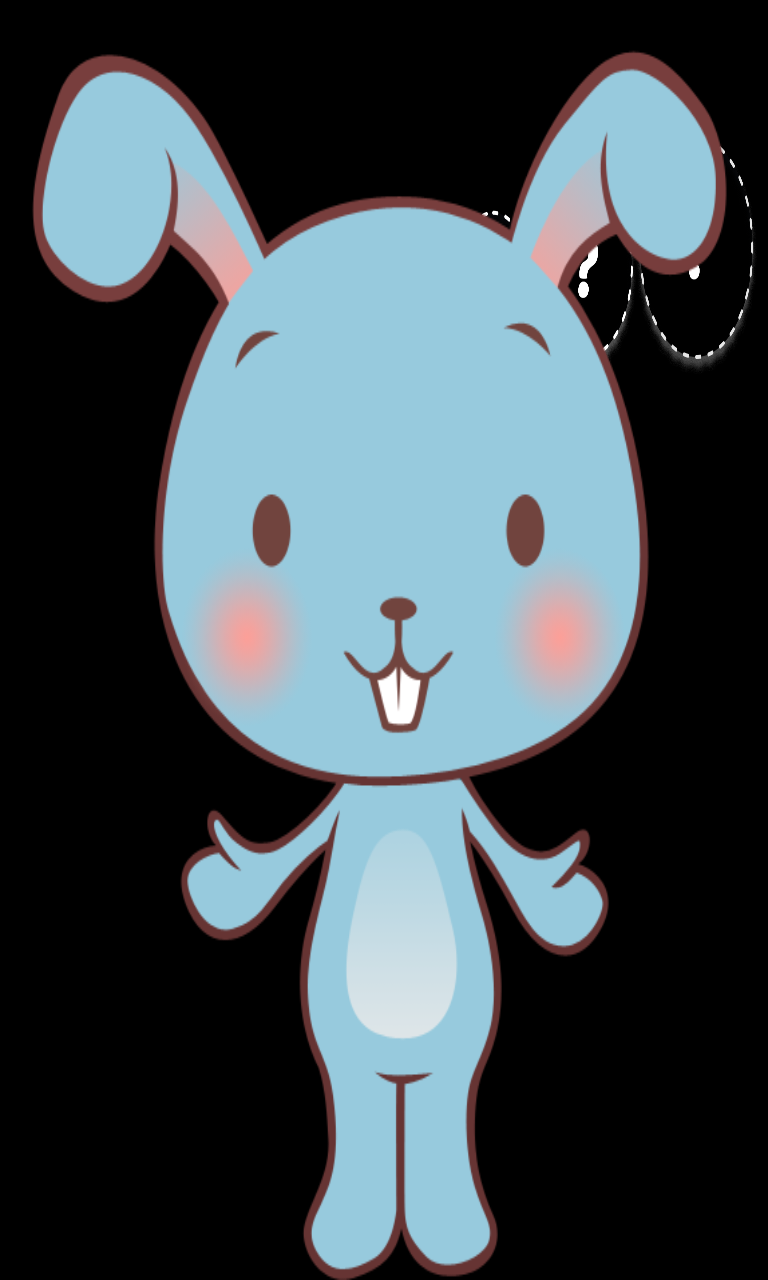
Repository: DimaPetrov/android
Layout: newapp/res/layout/puzzleback.xml
These files come from the project's save history. The layout is drawn as it stood at one moment and after the next save; the edit follows.
It is drawn on a 768 x 1280 px phone screen (xhdpi) without system bars, with theme android:Theme.Black.NoTitleBar.Fullscreen; the app's code is not run.

Above is the layout before, as saved 2012-10-25 12:32:57.

### newapp/res/layout/puzzleback.xml
<RelativeLayout xmlns:tools="http://schemas.android.com/tools"
    android:id="@+id/Rlay2"
    android:layout_width="match_parent"
    android:layout_height="match_parent" xmlns:android="http://schemas.android.com/apk/res/android">
    <RelativeLayout
        android:id="@+id/backlay"
        android:layout_width="match_parent"
        android:layout_height="match_parent"
        android:layout_centerHorizontal="true"
        android:layout_centerVertical="true" >
    </RelativeLayout>

    <ImageView
        android:id="@+id/mainbox"
        android:layout_width="320dp"
        android:layout_height="128dp"
        android:layout_marginTop="64dp"
        android:layout_marginLeft="220dp"
        android:background="@drawable/p_games_sortslots"
        android:contentDescription="@string/nul" />
<ImageView
    android:id="@+id/imageView1"
    android:layout_width="wrap_content"
    android:layout_height="wrap_content"
    android:layout_alignParentBottom="true"
    android:layout_alignParentLeft="true"
    android:background="@drawable/p_games_characterdef"
    android:contentDescription="@string/nul"/>
</RelativeLayout>

### newapp/res/values/strings.xml
<resources>

    <string name="app_name">newapp</string>
    <string name="hello_world">Hello world!</string>
    <string name="menu_settings">Settings</string>
    <string name="title_activity_main">MainActivity</string>
    <string name="puzzle">START</string>
    <string name="nul">0</string>
    <string name="chr">Chronometer</string>
    <string name="g1">Game1</string>
    <string name="g2">Game2</string>
    <string name="g3">Game3</string>
    <string name="g4">Game4</string>

</resources>

After the next save:
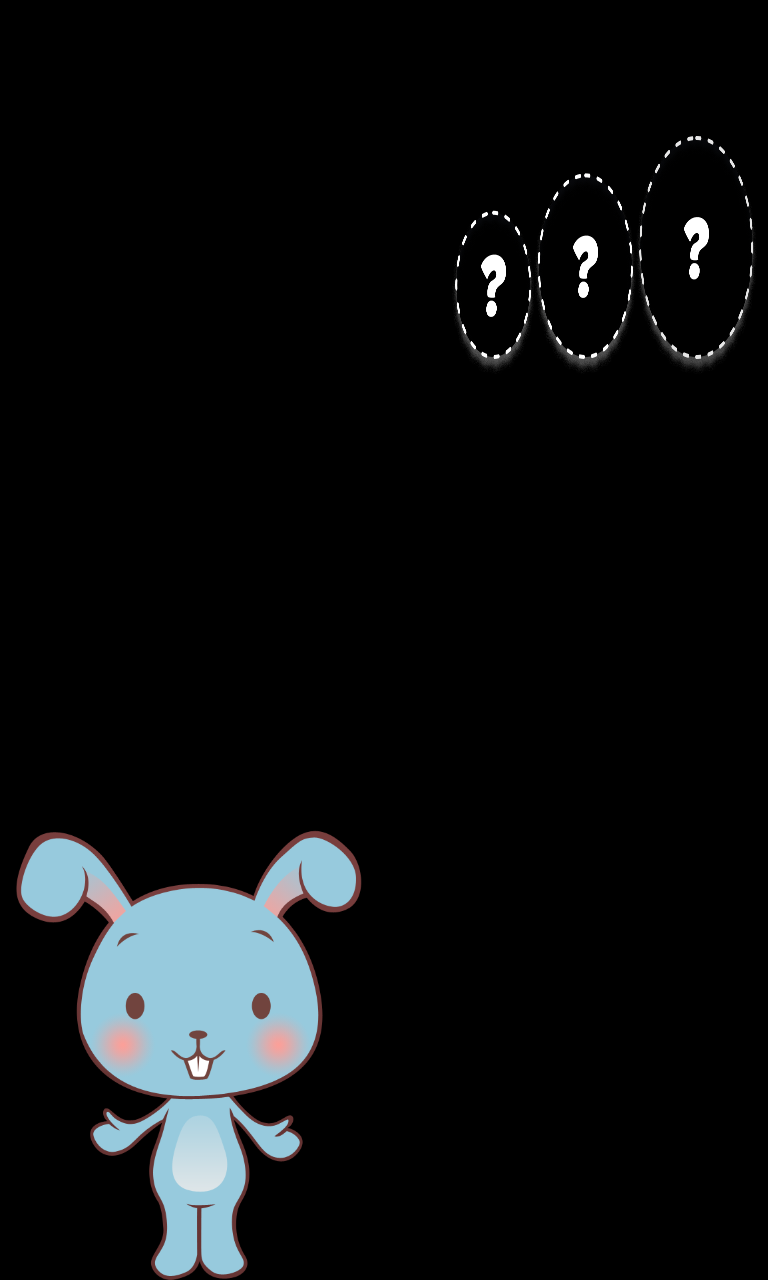
Saved 69 s later.
--- a/newapp/res/layout/puzzleback.xml
+++ b/newapp/res/layout/puzzleback.xml
@@ -20,8 +20,8 @@
         android:contentDescription="@string/nul" />
 <ImageView
     android:id="@+id/imageView1"
-    android:layout_width="wrap_content"
-    android:layout_height="wrap_content"
+    android:layout_width="191dp"
+    android:layout_height="234dp"
     android:layout_alignParentBottom="true"
     android:layout_alignParentLeft="true"
     android:background="@drawable/p_games_characterdef"
